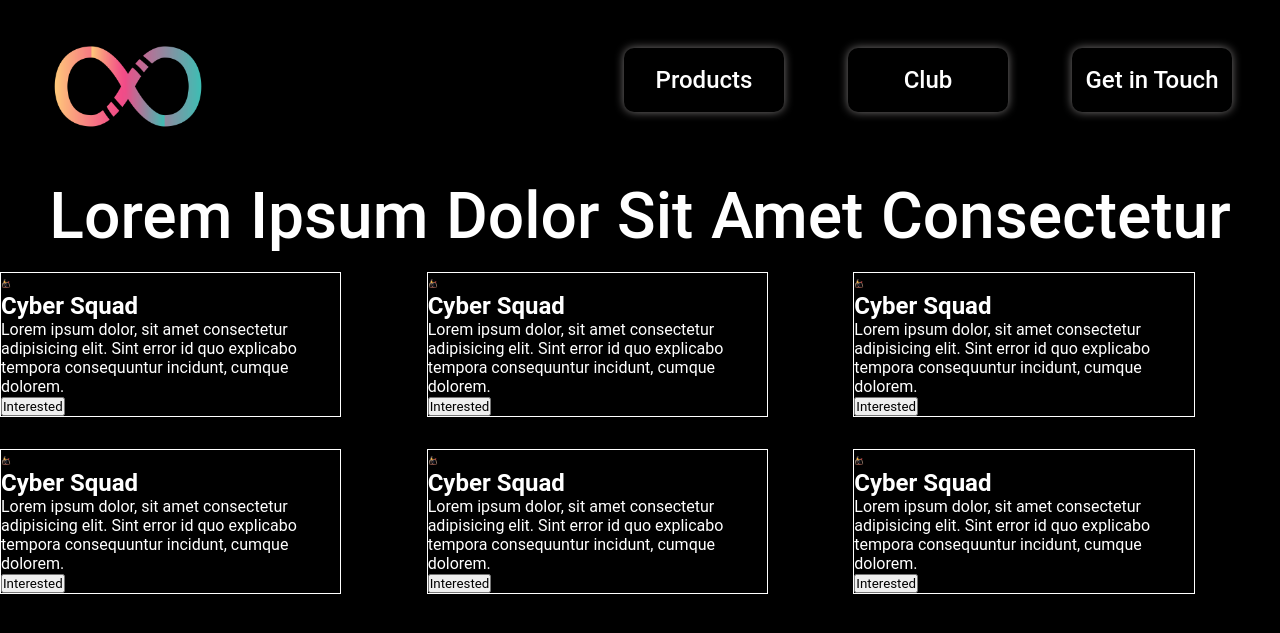
Repository: kapil4457/vizion-internship-project
Page: /
The author's editor kept a copy of each file at every save. The page is drawn from the files as they stood at one save, then again after a run of saves.
The browser window is 1280 px wide. The pictures show the whole page.
The project was rebuilt for these pictures with package versions that can differ from the ones it lists, and the page was loaded fresh each time. Also part of the build but not shown: src/index.css.

Above is the page before, as saved 2022-10-29 10:04:44.

### public/index.html
<!DOCTYPE html>
<html lang="en">
  <head>
    <meta charset="utf-8" />
    <link rel="icon" href="%PUBLIC_URL%/favicon.ico" />
    <meta name="viewport" content="width=device-width, initial-scale=1" />
    <meta name="theme-color" content="#000000" />
    <meta
      name="description"
      content="Web site created using create-react-app"
    />
    <link rel="preconnect" href="https://fonts.googleapis.com">
    <link rel="apple-touch-icon" href="%PUBLIC_URL%/logo192.png" />
    <!--
      manifest.json provides metadata used when your web app is installed on a
      user's mobile device or desktop. See https://developers.google.com/web/fundamentals/web-app-manifest/
    -->
    <link rel="manifest" href="%PUBLIC_URL%/manifest.json" />
    <!--
      Notice the use of %PUBLIC_URL% in the tags above.
      It will be replaced with the URL of the `public` folder during the build.
      Only files inside the `public` folder can be referenced from the HTML.

      Unlike "/favicon.ico" or "favicon.ico", "%PUBLIC_URL%/favicon.ico" will
      work correctly both with client-side routing and a non-root public URL.
      Learn how to configure a non-root public URL by running `npm run build`.
    -->
    <title>React App</title>
  </head>
  <body>
    <noscript>You need to enable JavaScript to run this app.</noscript>
    <div id="root"></div>
    <!--
      This HTML file is a template.
      If you open it directly in the browser, you will see an empty page.

      You can add webfonts, meta tags, or analytics to this file.
      The build step will place the bundled scripts into the <body> tag.

      To begin the development, run `npm start` or `yarn start`.
      To create a production bundle, use `npm run build` or `yarn build`.
    -->
  </body>
</html>

### src/index.js
import React from 'react';
import ReactDOM from 'react-dom/client';
import './index.css';
import App from './App';
import reportWebVitals from './reportWebVitals';
import { BrowserRouter } from 'react-router-dom';
const root = ReactDOM.createRoot(document.getElementById('root'));
root.render(
  <BrowserRouter >
  <React.StrictMode>
    <App />
  </React.StrictMode>
  </BrowserRouter>
);

// If you want to start measuring performance in your app, pass a function
// to log results (for example: reportWebVitals(console.log))
// or send to an analytics endpoint. Learn more: https://bit.ly/CRA-vitals
reportWebVitals();

### src/App.js
import { Route, Routes } from 'react-router-dom';
import './App.css';
import Header from './components/Header/Header';
import Home from './components/Home/Home';

function App() {
  return (
   <>
<Header />
   <Routes>
<Route exact path='/' element={<Home />} />


   </Routes>



   </>
  );
}

export default App;

### src/App.css
*{
margin:0;
padding:0;
box-sizing: border-box;
font-family: 'Roboto', sans-serif;}

body{
  background-color: black;
  color : white;

}
a{
  text-decoration: none;;
  color:white;
}

.active{
  color:red;
}

### src/components/Header/Header.jsx
import React from "react";
import { NavLink } from "react-router-dom";
import Logo from "./logo.png";
import "./Header.css";
const Header = () => {
  return (
    <div className="main-header">
      <NavLink to="/" className="left-header">
        <img src={Logo} alt="" />
      </NavLink>
      <div className="right-header">
        <NavLink to="/products">Products</NavLink>
        <NavLink to="/club">Club</NavLink>
        <NavLink to="/contact">Get in Touch</NavLink>
      </div>
    </div>
  );
};

export default Header;

### src/components/Home/Home.jsx
import React from "react";
import { data } from "../../item";
import "./Home.css";
import HomeCard from "./HomeCard";
const Home = () => {
  return (
    <div className="main-home">
      <h2 className="heading">Lorem ipsum dolor sit amet consectetur</h2>

      <div className="home-card-container">
        {data.map((item, key) => (
          <HomeCard item={item} key={key} />
        ))}
      </div>
    </div>
  );
};

export default Home;

### src/components/Header/Header.css
.main-header{
    height:10rem;
    /* border:1px solid white */
    display:flex;
    justify-content: space-between;
    align-items: center;
    padding:0rem 3rem
}

.main-header > .left-header >img{
    height:10rem;

}

.main-header > .right-header
{
    display:flex;
    gap:4rem;
    font-size:1.5rem;
    font-weight:550
}

.main-header > .right-header>a{
    height:4rem;
    width:10rem;
    display:flex;
    justify-content: center;
   align-items: center;
   border-radius:10px;
   box-shadow: 0px 0px 10px rgba(243, 238, 238,0.5);
   transition: all 0.2s;
}
.main-header > .right-header>a:hover{

    box-shadow: 0px 0px 20px rgba(243, 238, 238,0.5);
    transform: scale(1.01);
   }

### src/item.js
export const data = [
    {
        title : "Cyber Squad",
        description : "Lorem ipsum dolor, sit amet consectetur adipisicing elit. Sint error id quo explicabo tempora consequuntur incidunt, cumque dolorem.        "
    },
    {
        title : "Cyber Squad",
        description : "Lorem ipsum dolor, sit amet consectetur adipisicing elit. Sint error id quo explicabo tempora consequuntur incidunt, cumque dolorem.        "
    },
    {
        title : "Cyber Squad",
        description : "Lorem ipsum dolor, sit amet consectetur adipisicing elit. Sint error id quo explicabo tempora consequuntur incidunt, cumque dolorem.        "
    },
    {
        title : "Cyber Squad",
        description : "Lorem ipsum dolor, sit amet consectetur adipisicing elit. Sint error id quo explicabo tempora consequuntur incidunt, cumque dolorem.        "
    },
    {
        title : "Cyber Squad",
        description : "Lorem ipsum dolor, sit amet consectetur adipisicing elit. Sint error id quo explicabo tempora consequuntur incidunt, cumque dolorem.        "
    },
    {
        title : "Cyber Squad",
        description : "Lorem ipsum dolor, sit amet consectetur adipisicing elit. Sint error id quo explicabo tempora consequuntur incidunt, cumque dolorem.        "
    }
]

### src/components/Home/Home.css
.main-home{
    color:white;
    width:100%;

}

.main-home > h2{
    width:100%;
    height:7rem;
    display: flex;
    justify-content: center;
    align-items:center;
    font-size:4rem;
    word-spacing: 0.1rem;
    font-weight:450;
    text-transform: capitalize;

}


.main-home > .home-card-container{
    display:grid;
    grid-template-columns: 1fr 1fr 1fr;
    row-gap: 2rem;


}

### src/components/Home/HomeCard.jsx
import React from "react";
import "./HomeCard.css";
import Image from "./cardImage.png";
const HomeCard = ({ item }) => {
  return (
    <div className="home-card">
      <img src={Image} alt="" />
      <div className="card-info">
        <h2>{item.title}</h2>
        <p>{item.description}</p>
        <button>Interested</button>
      </div>
    </div>
  );
};

export default HomeCard;

### src/components/Home/HomeCard.css
.home-card{
    width:80%;
    border:1px solid white;
    height:100%;
}
.home-card>img{
    height:10px;

}

Loaded but not shown: src/reportWebVitals.js (common file)

After the next 3 saves:
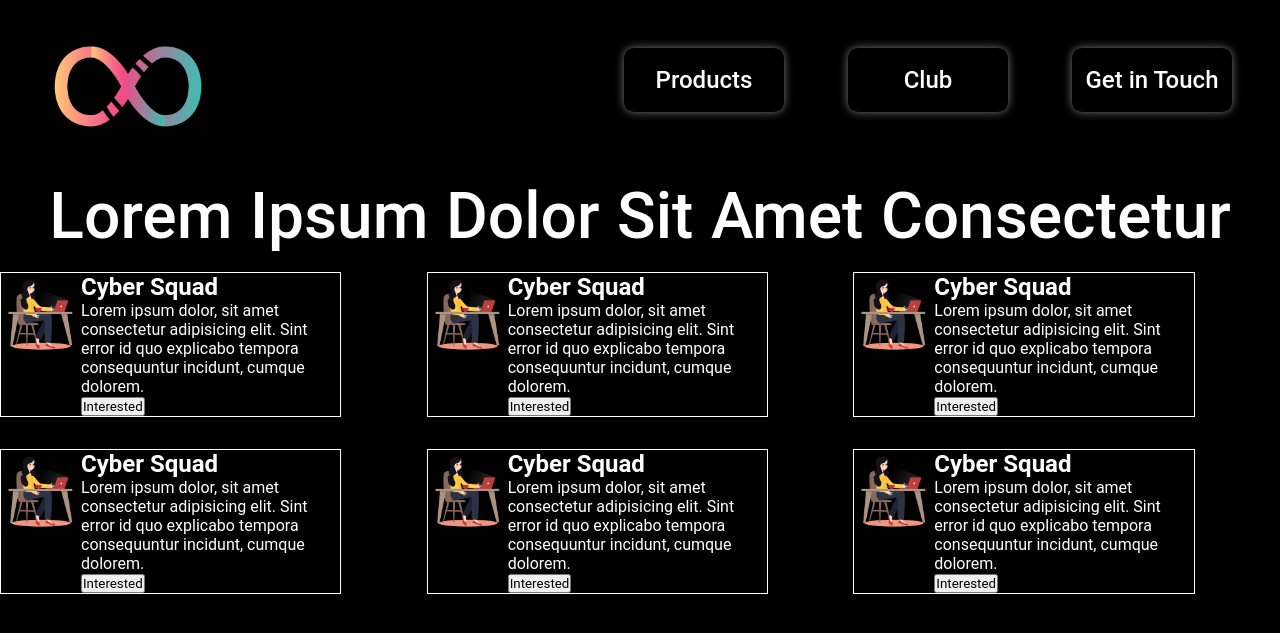
The 3 saves are shown as one change because they came seconds apart.
The last was saved 22 s later.
--- a/src/components/Home/HomeCard.css
+++ b/src/components/Home/HomeCard.css
@@ -2,8 +2,9 @@
     width:80%;
     border:1px solid white;
     height:100%;
+    display:flex;
 }
 .home-card>img{
-    height:10px;
+    height:5rem;
 
 }
